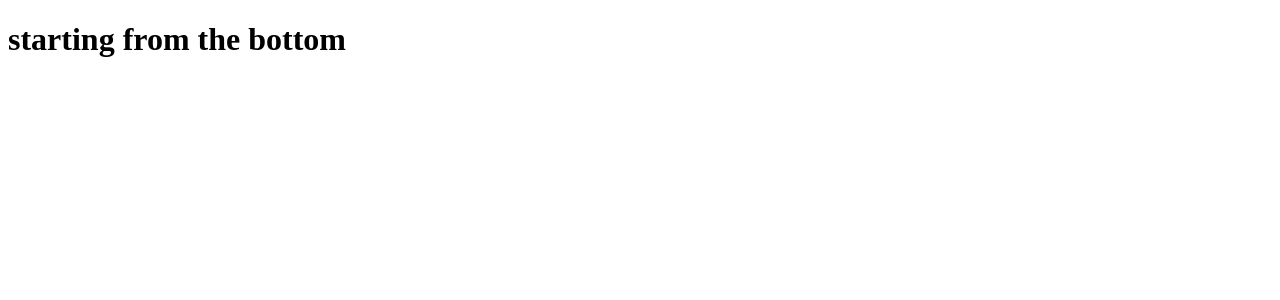
Repository: Art101-ui/HCJ-Projects
Page: index.html
An editor plug-in stored every save of this project. The page is shown before and after the next save, followed by the edit.
The browser window is 1280 px wide. The pictures show the whole page.

Above is the page before, as saved 2022-03-06 22:32:42.

After the next save:
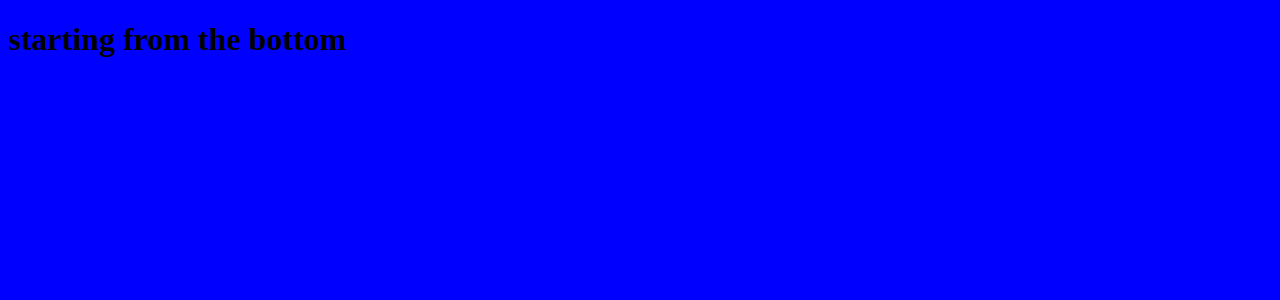
Saved 13 s later.
--- a/index.html
+++ b/index.html
@@ -4,6 +4,7 @@
     <meta charset="UTF-8" />
     <meta http-equiv="X-UA-Compatible" content="IE=edge" />
     <meta name="viewport" content="width=device-width, initial-scale=1.0" />
+    <link rel="stylesheet" href="style.css" />
     <title>Document</title>
   </head>
   <body>
